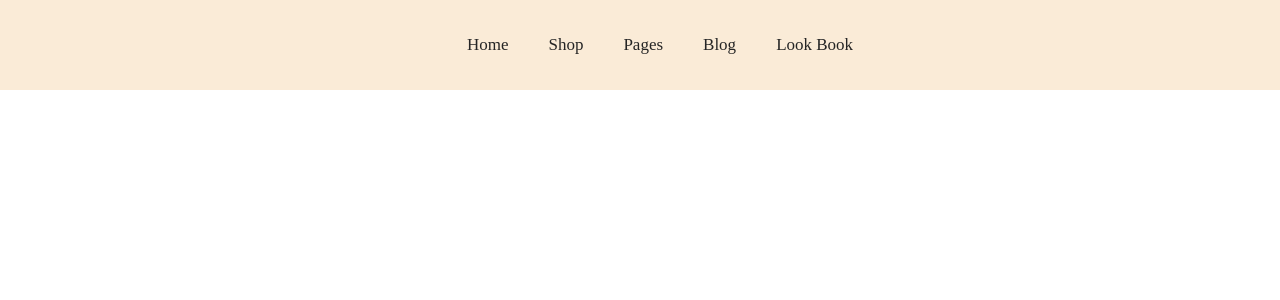
Repository: MorgunovaAlexandra/beauti
Page: index.html
These files come from the project's save history. The page is drawn as it stood at one moment and after the next save; the edit follows.
The browser window is 1280 px wide. The pictures show the whole page.

Above is the page before, as saved 2022-08-24 12:31:26.

### index.html
<!DOCTYPE html>
<html lang="en">
<head>
    <meta charset="UTF-8">
    <meta http-equiv="X-UA-Compatible" content="IE=edge">
    <meta name="viewport" content="width=device-width, initial-scale=1.0">
    <link rel="stylesheet" href="./style.css">
    <title>Document</title>
</head>
<body>
    <div class="wrapper">
        <header class="header">
            <div class="header-container _container">
            <nav class="dws-menu">
                <ul class="menu-list">
                    <li><a href="#"><i class="fa fa-"></i>Home</a></li>
                    <li><a href="#"><i class="fa fa-"></i>Shop</a></li>
                    <li><a href="#"><i class="fa fa-"></i>Pages</a></li>
                    <li><a href="#"><i class="fa fa-"></i>Blog</a></li>
                    <li><a href="#"><i class="fa fa-"></i>Look Book</a></li>
                </ul>

            </nav>
            </div>
        </header>
    </div>
</body>
</html>

### style.css
* {
	margin: 0;
	padding: 0;
	border: 0;
	box-sizing: border-box;
}
:before,:after{
	padding: 0;
	margin: 0;
	border: 0;
	box-sizing: border-box;
}
html,body{
	height: 100%;
    font-family: 'SofiaProRegular';
	font-size: 18px;
	font-weight: 400;
}

.wrapper{
	width: 100%;
	overflow: hidden;

}
._container{
	max-width: 1170px;
	margin: 0px auto;
	padding: 0px 10px;
}
._container{
	max-width: 1170px;
	margin: 0px auto;
	padding: 0px 10px;
}
/*--------------------------*/
.header {
	font-family: 'TTCommons-Medium';
	position: absolute;/*---------изменено-----------------*/
	width: 100%;
	top: 0;
	left: 0;
	z-index: 50;
	font-size: 17px;
    height: 90px;
    background-color: antiquewhite;

}
.menu-list{
    display: flex;
    justify-content: center;
    align-items: center;
    height: 90px;

}

a{
   position: relative;
    text-decoration: none;
    color:rgb(37, 37, 37);
    margin-left: 40px;
}
a::after{
    position: absolute;
    bottom: -5px;
    content: "";
    display: block;
    height: 2px;
    width: 100%;
    right: 0;
    background-color: aquamarine;
    opacity: 0;
}
a::after:hover{
    opacity: 1;
}
li{
    list-style: none;
    position: relative;
}

After the next save:
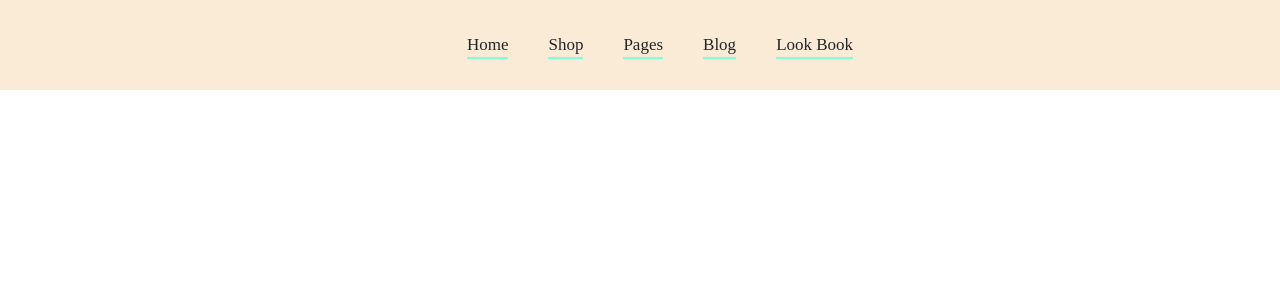
Saved 37 s later.
--- a/style.css
+++ b/style.css
@@ -68,7 +68,7 @@
     width: 100%;
     right: 0;
     background-color: aquamarine;
-    opacity: 0;
+
 }
 a::after:hover{
     opacity: 1;

After the 2 saves that followed:
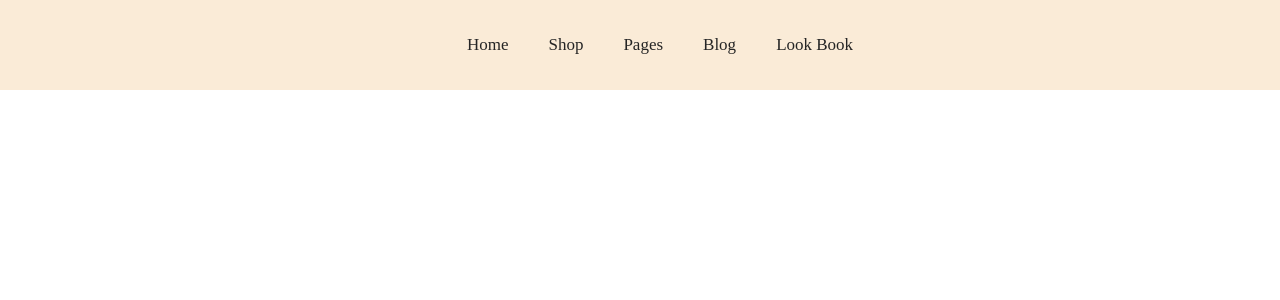
The 2 saves are shown as one change because they came seconds apart.
The last was saved 16 s later.
--- a/style.css
+++ b/style.css
@@ -67,11 +67,12 @@
     height: 2px;
     width: 100%;
     right: 0;
-    background-color: aquamarine;
+
 
 }
 a::after:hover{
     opacity: 1;
+    background-color: aquamarine;
 }
 li{
     list-style: none;
